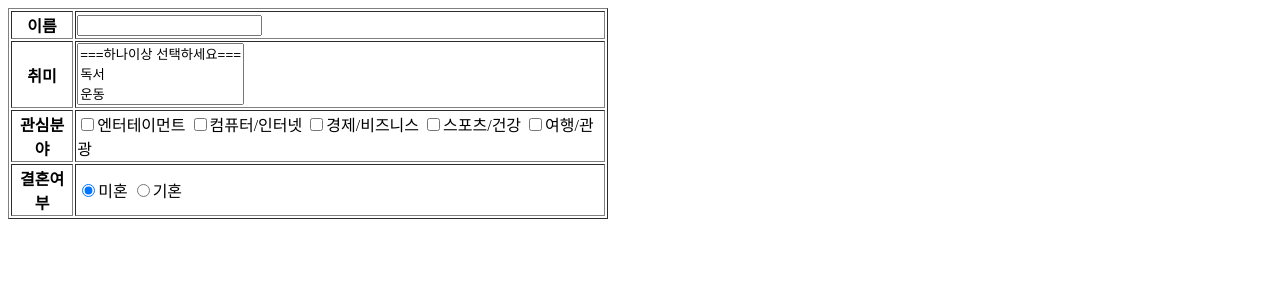
Repository: jeong3/Real_Time_Date
Page: http://localhost/jspRequest/getMethod1.jsp
The author's editor kept a copy of each file at every save. The page is drawn from the files as they stood at one save, then again after the next save.
The browser window is 1280 px wide. The pictures show the whole page.
The page is served by Tomcat 9.

Above is the page before, as saved 2024-08-30 06:21:23.

After the next save:
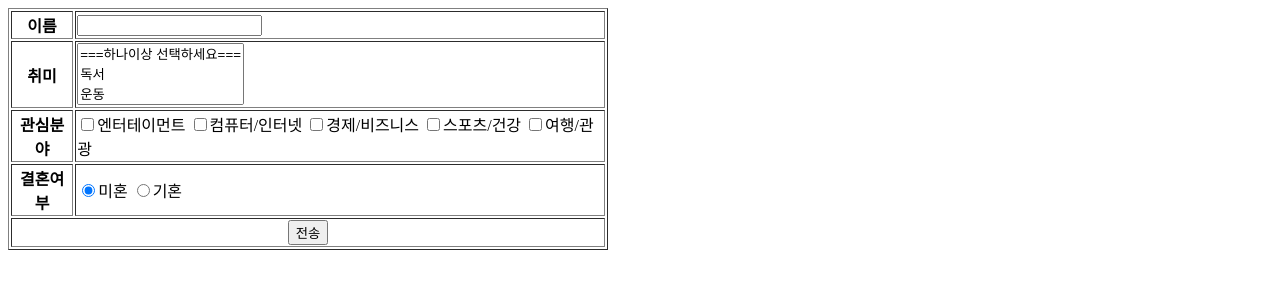
Saved 57 s later.
--- a/eclipse/eclipse-workspace/jspRequest/src/main/webapp/getMethod1.jsp
+++ b/eclipse/eclipse-workspace/jspRequest/src/main/webapp/getMethod1.jsp
@@ -32,15 +32,14 @@
 					type="checkbox" name="cp" value="스포츠/건강">스포츠/건강 <input
 					type="checkbox" name="cp" value="여행/관광">여행/관광</td>
 			</tr>
-			<tr><th>결혼여부</th>
-			<td>
-				<input type="radio" name ="M_Status" value="미혼" checked>미혼
-				<input type="radio" name ="M_Status" value="기혼" >기혼
-			</td>
-
+			<tr>
+				<th>결혼여부</th>
+				<td><input type="radio" name="M_Status" value="미혼" checked>미혼
+					<input type="radio" name="M_Status" value="기혼">기혼</td>
 			</tr>
-
-
+			<tr>
+				<th colspan="2"><input type="submit" value="전송"></th>
+			</tr>
 		</table>
 	</form>
 </body>
